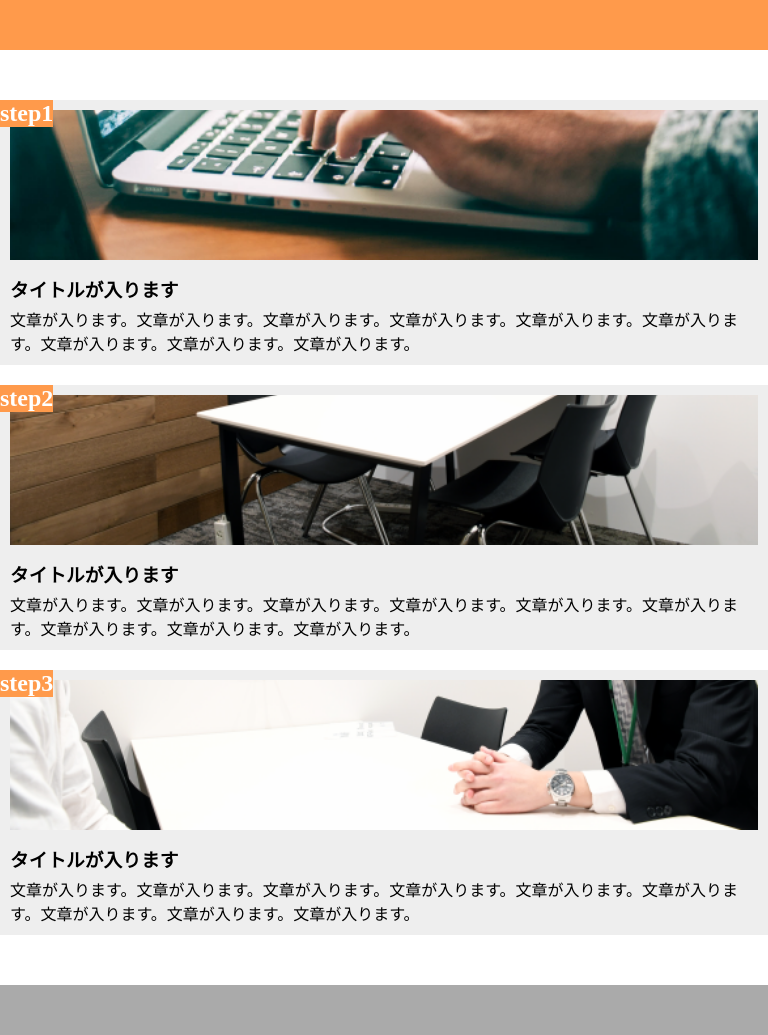
Repository: rie-koyuzu/kadai
Page: kadai/index.html
The author's editor kept a record of every edit. The page is drawn from the files as they stood at one moment, then again after the next edit.
The browser window is 768 px wide. The pictures show the whole page.
Some web libraries are served in a nearby version.

Above is the page before.

After the next edit:
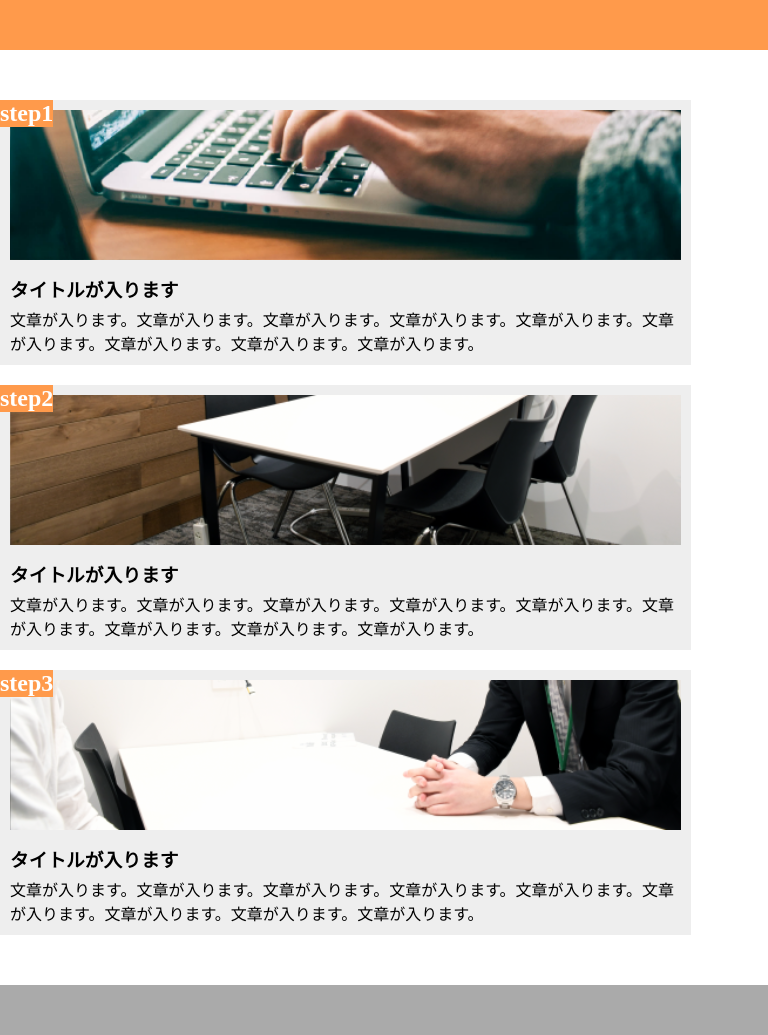
The edit:
--- a/kadai/style.css
+++ b/kadai/style.css
@@ -80,7 +80,7 @@
 
   .step-box {
     margin-top: 20px;
-    width: 100%;
+    width: 90%;
   }
 
   .step1-item {
